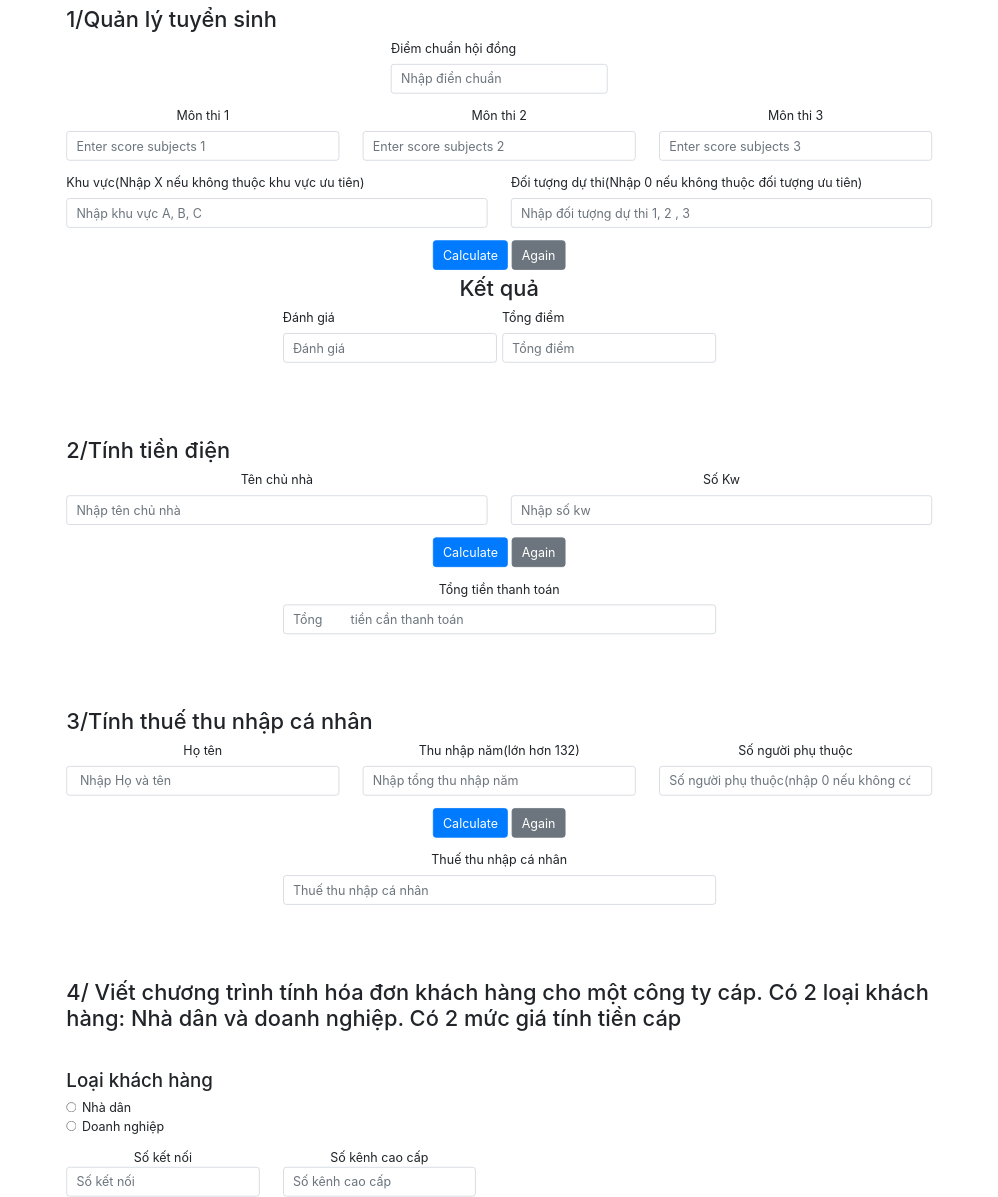
Repository: baobaodeveloper/bootcamp21__jsbasic4_HuynhAnhBao
Page: index.html
An editor plug-in stored every save of this project. The page is shown before and after the next save, followed by the edit.
The browser window is 1280 px wide. The pictures show the whole page, at 78% of full size.

Above is the page before, as saved 2022-03-13 23:18:25.

After the next save:
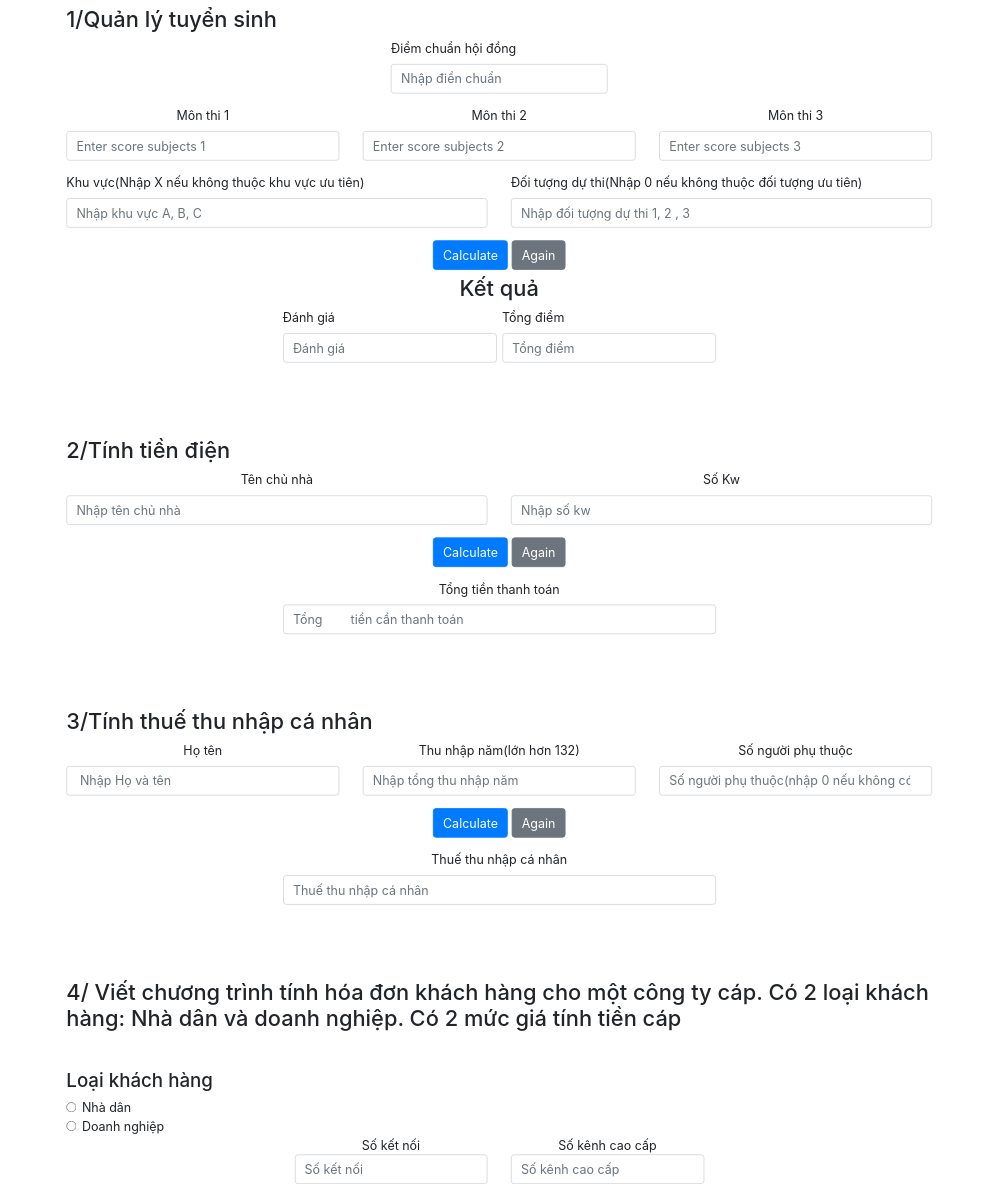
Saved 12 s later.
--- a/index.html
+++ b/index.html
@@ -252,7 +252,7 @@
         </label>
       </div>
 
-      <div class="row mt-3 text-center w-50">
+      <div class="row mt-3 text-center w-50 m-auto">
         <div class="col">
           <label class="form-check-label">Số kết nối</label>
           <input type="number" class="form-control" placeholder="Số kết nối" />
